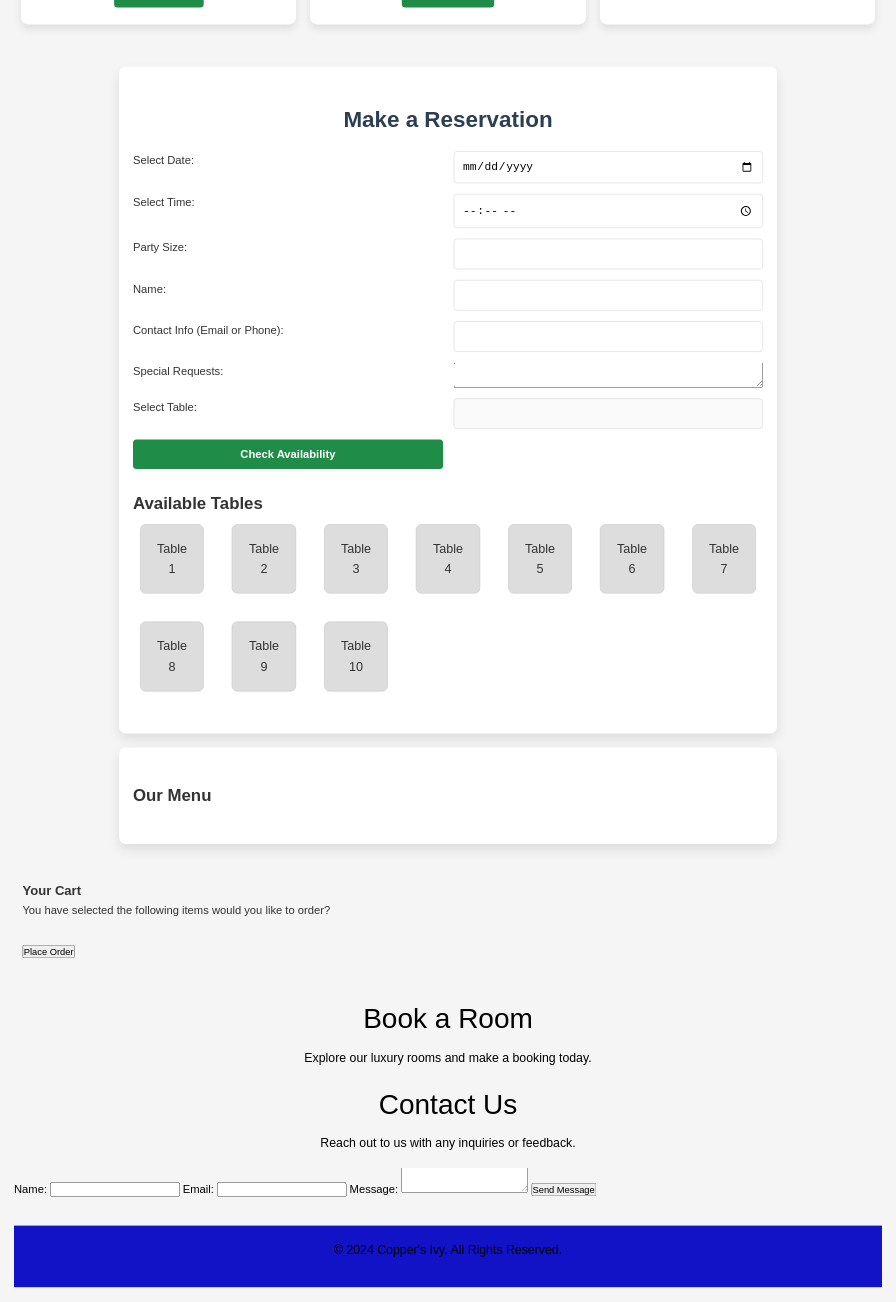
Repository: malingubarnice/Online-Reservation-System
Page: index.html
An editor plug-in stored every save of this project. The page is shown before and after the next save, followed by the edit.
The browser window is 1280 px wide. The pictures show the part of the page from y = 747 to 2667 px (the page is 2607 px tall before and 2667 px after), at 70% of full size.

Above is the page before, as saved 2025-01-07 16:03:27.

### index.html
<!DOCTYPE html>
<html lang="en">
<head>
  <meta charset="UTF-8">
  <meta name="viewport" content="width=device-width, initial-scale=1.0">
  <title>Copper's Ivy Integrated Suite</title>
  <link rel="stylesheet" href="styles.css">
</head>



<body>
  <!-- Navigation Bar -->
  <header>
    <div class="logo">
      <img src="assets/logo.jpg" alt="Copper Ivy Logo">
    </div>
    <nav class="navbar">
      <ul>
        <li><a href="#home">Home</a></li>
        <li><a href="#reservations">Reservations</a></li>
        <li><a href="#menu">Menu</a></li>
        <li><a href="#rooms">Rooms</a></li>
        <li><a href="#cart">Cart</a></li>
        <li><a href="#contact">Contact Us</a></li>
      </ul>
    </nav>
  </header>




  <!-- Hero Section -->
  <section id="home" class="hero">
    <h1>Welcome to Copper's Ivy</h1>
    <p>Experience fine dining and lodging.</p>
    <a href="#reservations" class="btn">Make a Reservation</a>
  </section>

  <!-- Features Section -->
  <section class="features">
    <div class="feature">
      <h2>Reserve Your Table</h2>
      <p>Book a table effortlessly with our online reservation system.</p>
      <a href="#reservations" class="btn">Book Now</a>
    </div>
    <div class="feature">
      <h2>Order Online</h2>
      <p>Enjoy your favorite dishes delivered to your door.</p>
      <a href="#menu" class="btn">Order Now</a>
    </div>
    <div class="feature">
      <h2>Book a Room</h2>
      <p>Experience luxury lodging at Copper’s Ivy.</p>
      <a href="#rooms" class="btn">Book a Room</a>
    </div>
  </section>




  <!-- Reservations Section -->
<section id="reservations">
    <h1>Make a Reservation</h1>
    <div class="reservation-form">
        <label for="date">Select Date:</label>
        <input type="date" id="date" required>

        <label for="time">Select Time:</label>
        <input type="time" id="time" required>

        <label for="party-size">Party Size:</label>
        <input type="number" id="party-size" min="1" max="20" required>

        <!-- New fields for contact info and special requests -->
        <label for="customer-name">Name:</label>
        <input type="text" id="customer-name" required>

        <label for="contact-info">Contact Info (Email or Phone):</label>
        <input type="text" id="contact-info" required>

        <label for="special-requests">Special Requests:</label>
        <textarea id="special-requests"></textarea>

        <!-- New field to show selected table -->
        <label for="selected-table">Select Table:</label>
        <input type="text" id="selected-table" disabled> <!-- Hidden field to store the selected table -->

        <button class="reserve-btn">Check Availability</button>
    </div>

    <!-- Table Layout Section -->
    <div class="table-layout">
        <h2>Available Tables</h2>
        <div class="tables">
            <!-- Table icons dynamically loaded -->
        </div>
    </div>
</section>


  <!-- Menu Section -->
  <section id="menu">
    <h1>Our Menu</h1>
    <div class="menu-items">
      <!-- Menu items dynamically loaded -->
    </div>
  </section>

    <!-- Order Section -->
    <section id="order-online">
        <!-- Menu Items -->
        <div class="menu-items">
            <!-- Menu items dynamically loaded from the backend -->
        </div>


  <!-- Cart Section -->
    <section id="cart">
      <h1>Your Cart</h1>
      <p>You have selected the following items would you like to order?</p>
      <div class="cart-items">
        <!-- Cart items dynamically loaded -->
      </div>
  </section>
        <!-- Order Form -->
        <div class="order-form">
            <div class="order-list">
                <!-- Dynamically added ordered items will appear here -->
            </div>
            <button class="place-order-btn">Place Order</button>
        </div>
    </section>








<!-- Rooms Section -->
<section id="rooms">
  <h1>Book a Room</h1>
  <p>Explore our luxury rooms and make a booking today.</p>

  <div class="room-list">
    <!-- Room cards dynamically loaded -->
  </div>

  <!--A Booking Form-->
<!-- Booking form (initially hidden) -->
<div class="booking-form" style="display: none;">
  <form id="room-booking-form">
      <input type="hidden" id="room_id" name="room_id">  <!-- Hidden input for room ID -->
      <label for="room-selection">Room</label>
      <input type="text" id="room-selection" name="room_name" readonly>

      <label for="check-in-date">Check-in Date</label>
      <input type="date" id="check-in-date" name="check_in_date" required>

      <label for="check-out-date">Check-out Date</label>
      <input type="date" id="check-out-date" name="check_out_date" required>

      <label for="guest-count">Number of Guests</label>
      <input type="number" id="guest-count" name="guest_count" min="1" required>

      <label for="contact-info">Contact Information</label>
      <input type="text" id="contact-info" name="contact-info" placeholder="Enter your contact info" required>


      <p id="price"></p>

      <button type="submit">Book Room</button>
  </form>
</div>





  <!-- Contact Section -->
  <section id="contact">
    <h1>Contact Us</h1>
    <p>Reach out to us with any inquiries or feedback.</p>
    <form class="contact-form">
      <label for="name">Name:</label>
      <input type="text" id="name" required>

      <label for="email">Email:</label>
      <input type="email" id="email" required>

      <label for="message">Message:</label>
      <textarea id="message" required></textarea>

      <button type="submit" class="btn">Send Message</button>
    </form>
  </section>

  <!-- Footer -->
  <footer>
    <p>&copy; 2024 Copper's Ivy. All Rights Reserved.</p>
  </footer>


  <script src="https://cdn.botpress.cloud/webchat/v2.2/inject.js"></script>
  <script src="https://files.bpcontent.cloud/2024/12/05/06/20241205062412-612LYK8G.js"></script>


  <script src="script.js"></script>
</body>
</html>

### styles.css
/* General Reset */
body, h1, h2, p, ul, li, a, button {
    margin: 0;
    padding: 0;
    box-sizing: border-box;
}

/* Body and Layout */
body {
    font-family: 'Arial', sans-serif;
    line-height: 1.6;
    background-color: #f5f5f5;
    color: #333;
}

/* Header */
header {
    display: flex;
    justify-content: space-between;
    align-items: center;
    padding: 20px;
    background: white;
    color: #fff;
    border-bottom: 2px solid #c4ccd4;
    border-radius: 26px;
    border-style: none;
}

header .logo img {
    height: 100px;
    border-radius: 50px;
}

header nav ul {
    display: flex;
    list-style: none;
}

header nav ul li {
    margin-left: 25px;
}

header nav ul li a {
    color: rgb(10, 10, 10);
    text-decoration: none;
    font-size: 25px;
    font-weight: 500;
    transition: color 0.3s;
}

header nav ul li a:hover {
    color: #eb2630;
}

/* Hero Section */
.hero {
    background: url('assets/cookingbackground.jpg') no-repeat center center/cover;
    text-align: center;
    padding: 100px 20px;
    color: #fff;
    font-size: 28px;
}

.hero h1 {
    font-size: 36px;
    margin-bottom: 15px;
}

.hero p {
    font-size: 20px;
    margin-bottom: 20px;
}

.hero .btn {
    padding: 12px 30px;
    background-color: #1f8c47;
    color: #fff;
    text-decoration: none;
    font-weight: bold;
    border-radius: 5px;
    transition: background-color 0.3s;
}

.hero .btn:hover {
    background-color: #07e262;
}

/* Features Section */
.features {
    display: flex;
    justify-content: space-around;
    margin: 50px 20px;
}

.feature {
    background-color: #fff;
    border-radius: 10px;
    box-shadow: 0 6px 12px rgba(0, 0, 0, 0.1);
    padding: 30px;
    text-align: center;
    flex: 1;
    margin: 10px;
}

.feature h2 {
    font-size: 24px;
    margin-bottom: 10px;
}

.feature p {
    font-size: 16px;
    margin-bottom: 20px;
}

.feature .btn {
    background-color: #1f8c47;
    color: #fff;
    text-decoration: none;
    padding: 10px 25px;
    font-weight: bold;
    border-radius: 5px;
    transition: background-color 0.3s;
}

.feature .btn:hover {
    background-color: #10ce5f;
}

/* Reservations Section */
#reservations {
    padding: 50px 20px;
    background: #fff;
    margin: 20px auto;
    max-width: 900px;
    box-shadow: 0 8px 16px rgba(0, 0, 0, 0.1);
    border-radius: 10px;
}

#reservations h1 {
    font-size: 32px;
    margin-bottom: 20px;
    text-align: center;
    color: #2c3e50;
}

.reservation-form {
    display: grid;
    grid-template-columns: 1fr 1fr;
    gap: 15px;
    margin-bottom: 30px;
}

.reservation-form label {
    font-size: 16px;
    color: #333;
}

.reservation-form input, .reserve-btn {
    padding: 12px;
    border: 1px solid #ddd;
    border-radius: 5px;
    font-size: 16px;
    transition: border-color 0.3s;
}

.reservation-form input:focus {
    border-color: #27ae60;
}

.reserve-btn {
    background-color: #1f8c47;
    color: #fff;
    font-weight: bold;
    cursor: pointer;
    border: none;
    transition: background-color 0.3s;
}

.reserve-btn:hover {
    background-color: #07e262;
}

/* Table Layout */
.table-layout {
    margin-top: 20px;
}

.tables {
    display: grid;
    grid-template-columns: repeat(auto-fill, minmax(100px, 1fr));
    gap: 20px;
}

.tables .table {
    background-color: #ddd;
    padding: 20px;
    text-align: center;
    font-size: 18px;
    border-radius: 8px;
    cursor: pointer;
    transition: transform 0.3s, background-color 0.3s;
}

.tables .table:hover {
    transform: scale(1.1);
    background-color: #27ae60;
    color: #fff;
}

/* Menu Section */
#menu {
    padding: 50px 20px;
    background: #fff;
    margin: 20px auto;
    max-width: 900px;
    box-shadow: 0 8px 16px rgba(0, 0, 0, 0.1);
    border-radius: 10px;
}

.menu-items {
    display: grid;
    grid-template-columns: repeat(auto-fill, minmax(250px, 1fr));
    gap: 20px;
}

.menu-items .menu-item {
    background: #f4f4f4;
    padding: 20px;
    border-radius: 8px;
    box-shadow: 0 4px 8px rgba(0, 0, 0, 0.1);
    text-align: center;
    transition: transform 0.3s;
}

.menu-items .menu-item:hover {
    transform: scale(1.05);
    box-shadow: 0 8px 16px rgba(0, 0, 0, 0.2);
}

.menu-items img {
    max-width: 100%;
    border-radius: 5px;
}






/* Footer */
footer {
    text-align: center;
    padding: 20px;
    background-color: #1212c7;
    color: #fff;
    margin-top: 40px;
}

/* Responsive Design */
@media (max-width: 768px) {
    .features {
        flex-direction: column;
        align-items: center;
    }

    .feature {
        width: 100%;
        margin-bottom: 30px;
    }

    .reservation-form {
        grid-template-columns: 1fr;
    }

    .tables {
        grid-template-columns: 1fr 1fr;
    }

    .menu-items {
        grid-template-columns: 1fr 1fr;
    }
}

@media (max-width: 480px) {
    header {
        flex-direction: column;
        align-items: flex-start;
    }

    header nav ul {
        flex-direction: column;
        gap: 10px;
    }

    .hero h1 {
        font-size: 28px;
    }

    .hero p {
        font-size: 18px;
    }
}

/* Style for available tables */
.table {
    padding: 10px;
    margin: 10px;
    border: 1px solid #ccc;
    cursor: pointer;
    display: inline-block;
}

/* Highlight the selected table */
.table.selected {
    background-color: #4CAF50; /* Green background */
    color: white;
    border: 2px solid #fff;
}

/*stying order online section*/
#order-online {
    padding: 2rem;
}

.menu-item {
    border: 1px solid #ddd;
    margin: 1rem;
    padding: 1rem;
    text-align: center;
}
.order-form {
    margin-top: 2rem;
}
.order-total {
    font-weight: bold;
    margin-top: 1rem;
}


/*styling rooms*/
/* General styling for the Rooms Section */
#rooms {
    font-family: Arial, sans-serif;
    padding: 20px;
    background-color: #f5f5f5;
}

#rooms h1 {
    text-align: center;
    color: #333;
    font-size: 2.5rem;
    margin-bottom: 10px;
}

#rooms p {
    text-align: center;
    font-size: 1.1rem;
    color: #666;
    margin-bottom: 20px;
}

/* Room Listings */
.room-listings {
    display: grid;
    grid-template-columns: repeat(auto-fill, minmax(250px, 1fr));
    gap: 20px;
    margin-bottom: 30px;
}

.room-card {
    background-color: white;
    border-radius: 8px;
    box-shadow: 0 4px 6px rgba(0, 0, 0, 0.1);
    padding: 15px;
    text-align: center;
    transition: transform 0.3s ease-in-out;
}

.room-card:hover {
    transform: translateY(-5px);
}

.room-card img {
    width: 100%;
    height: 180px;
    object-fit: cover;
    border-radius: 8px;
}

.room-card h3 {
    font-size: 1.5rem;
    color: #333;
    margin: 15px 0;
}

.room-card p {
    font-size: 1.1rem;
    color: #777;
}

.room-card .price {
    font-size: 1.2rem;
    font-weight: bold;
    color: #1f8c47;
    margin-top: 10px;
}

.room-card button {
    background-color: #1f8c47;
    color: white;
    padding: 10px 15px;
    font-size: 1rem;
    border: none;
    border-radius: 5px;
    cursor: pointer;
    transition: background-color 0.3s;
}

.room-card button:hover {
    background-color: #07e262;
}

/* Booking Form Styling */
.booking-form {
    background-color: white;
    padding: 20px;
    border-radius: 8px;
    box-shadow: 0 4px 6px rgba(0, 0, 0, 0.1);
    width: 100%;
    max-width: 600px;
    margin: 0 auto;
}

.booking-form h2 {
    text-align: center;
    color: #333;
    font-size: 2rem;
    margin-bottom: 15px;
}

.booking-form form {
    display: flex;
    flex-direction: column;
    gap: 15px;
}

.booking-form label {
    font-size: 1.1rem;
    color: #333;
}

.booking-form select,
.booking-form input {
    padding: 10px;
    font-size: 1rem;
    border: 1px solid #ccc;
    border-radius: 5px;
    width: 100%;
}

.booking-form button {
    background-color: #1f8c47;
    color: white;
    padding: 12px 20px;
    font-size: 1.1rem;
    border: none;
    border-radius: 5px;
    cursor: pointer;
    transition: background-color 0.3s;
}

.booking-form button:hover {
    background-color: #07e262;
}

/* Confirmation Message */
#confirmation-message {
    font-size: 1.2rem;
    color: #333;
    margin-top: 20px;
    text-align: center;
    display: none; /* Hidden initially */
}

#confirmation-message.success {
    color: #4caf50;
}

#confirmation-message.error {
    color: #f44336;
}



/* Container for styling the rooms */
.room-list {
    display: flex;
    flex-wrap: wrap; /* Allows room cards to wrap to the next line when necessary */
    justify-content: center; /* Centers the room cards horizontally */
    gap: 20px; /* Adds space between cards */
    max-width: 80%; /* Makes the container occupy 80% of the page */
    margin: 0 auto; /* Centers the container horizontally */
}

/* Individual room card */
.room-card {
    width: 30%; /* Makes each card take up about 30% of the container's width */
    max-width: 300px; /* Optional: Set a max width for the cards */
    margin: 10px;
    padding: 15px;
    text-align: center;
    box-shadow: 0 4px 8px rgba(0, 0, 0, 0.1);
    background-color: #fff;
    border-radius: 10px;
    box-sizing: border-box;
}

/* Image inside room card */
.room-card img {
    width: 100%; /* Ensures the image stretches across the container */
    height: auto; /* Keeps aspect ratio intact */
    object-fit: contain; /* Ensures the full image is visible */
}

@media (max-width: 768px) {
    .room-card {
        width: 100%; /* Makes room cards stack on smaller screens */
    }
}

/* Target the specific booking room section and make the font weight lighter */
#rooms {
    color: black; /* Keeps the text color black */
    font-weight: lighter; /* Makes the font weight lighter */
}

/* Target the room cards within the booking room section */
#rooms .room-card {
    color: black; /* Ensures room card text is black */
    font-weight: lighter; /* Makes the room card text lighter */
}

/* You can also target specific elements like titles and descriptions, if necessary */
#rooms h1, #rooms p, #rooms .room-name, #rooms .room-description {
    color: black; /* Sets the text to black */
    font-weight: lighter; /* Reduces the font weight */
}

Loaded but not shown: script.js (303 lines, source omitted)

After the next save:
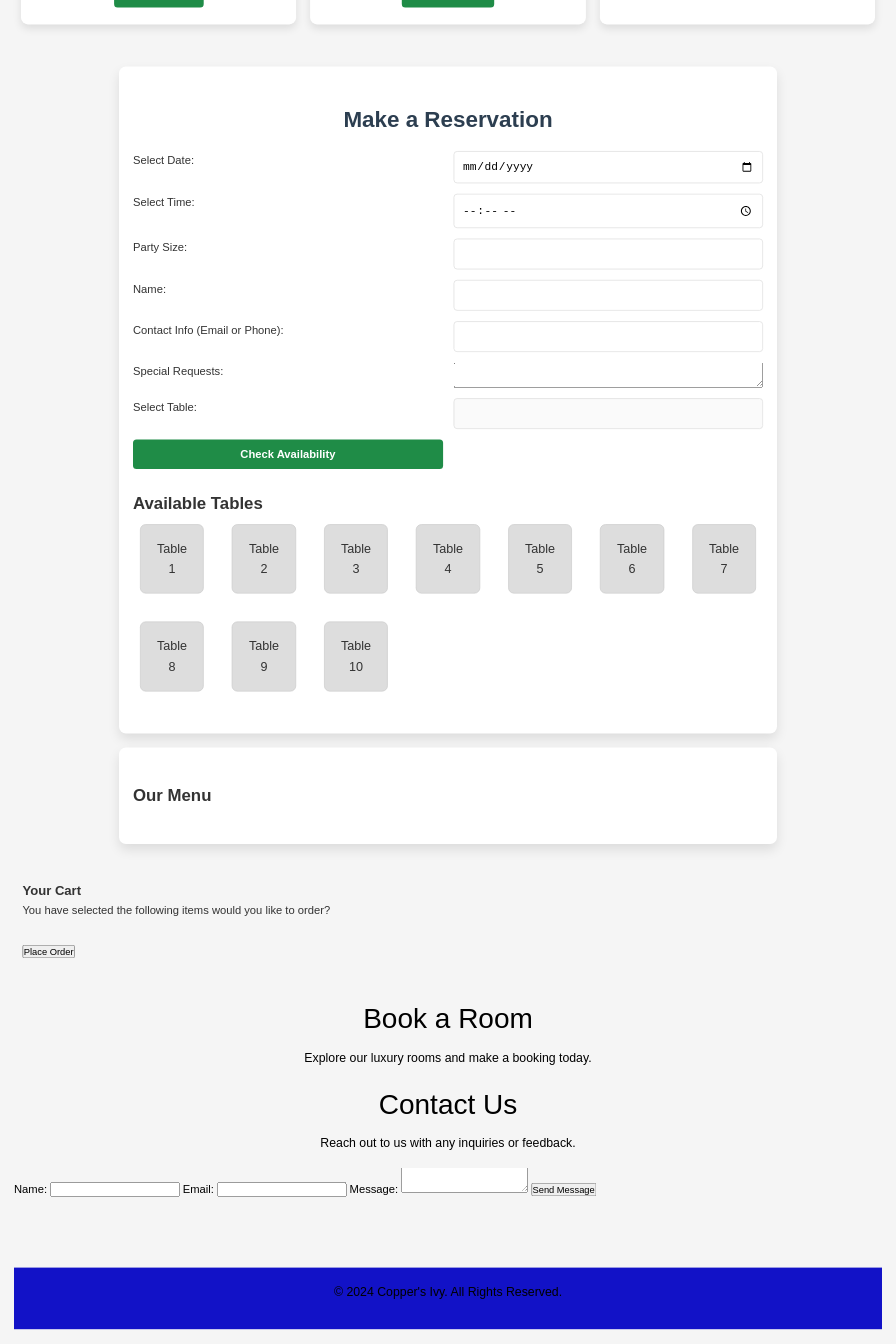
Saved 28 s later.
--- a/styles.css
+++ b/styles.css
@@ -253,7 +253,7 @@ footer {
     padding: 20px;
     background-color: #1212c7;
     color: #fff;
-    margin-top: 40px;
+    margin-top: 100px;
 }
 
 /* Responsive Design */
